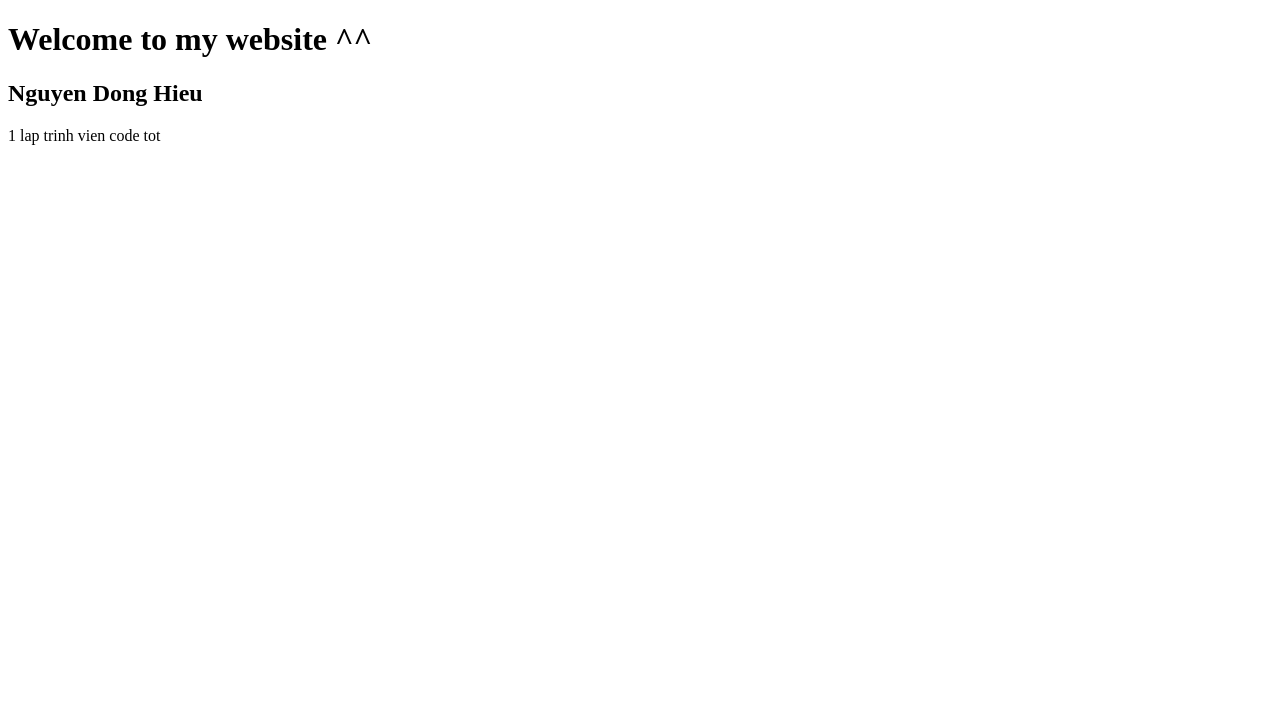
Repository: nguyendonghieu1011-png/project2
Page: index.html
The author's editor kept a copy of each file at every save. The page is drawn from the files as they stood at one save, then again after the next save.
The browser window is 1280 px wide. The pictures show the whole page.

Above is the page before, as saved 2025-11-05 21:54:16.

### index.html
<!DOCTYPE html>
<html lang="en">
  <head>
    <meta charset="UTF-8" />
    <meta name="viewport" content="width=device-width, initial-scale=1.0" />
    <title>Hello</title>
  </head>
  <body>
    <h1>Welcome to my website ^^</h1>

    <h2>Nguyen Dong Hieu</h2>
    <p>1 lap trinh vien code tot</p>
    <img src=""
  </body>
</html>

After the next save:
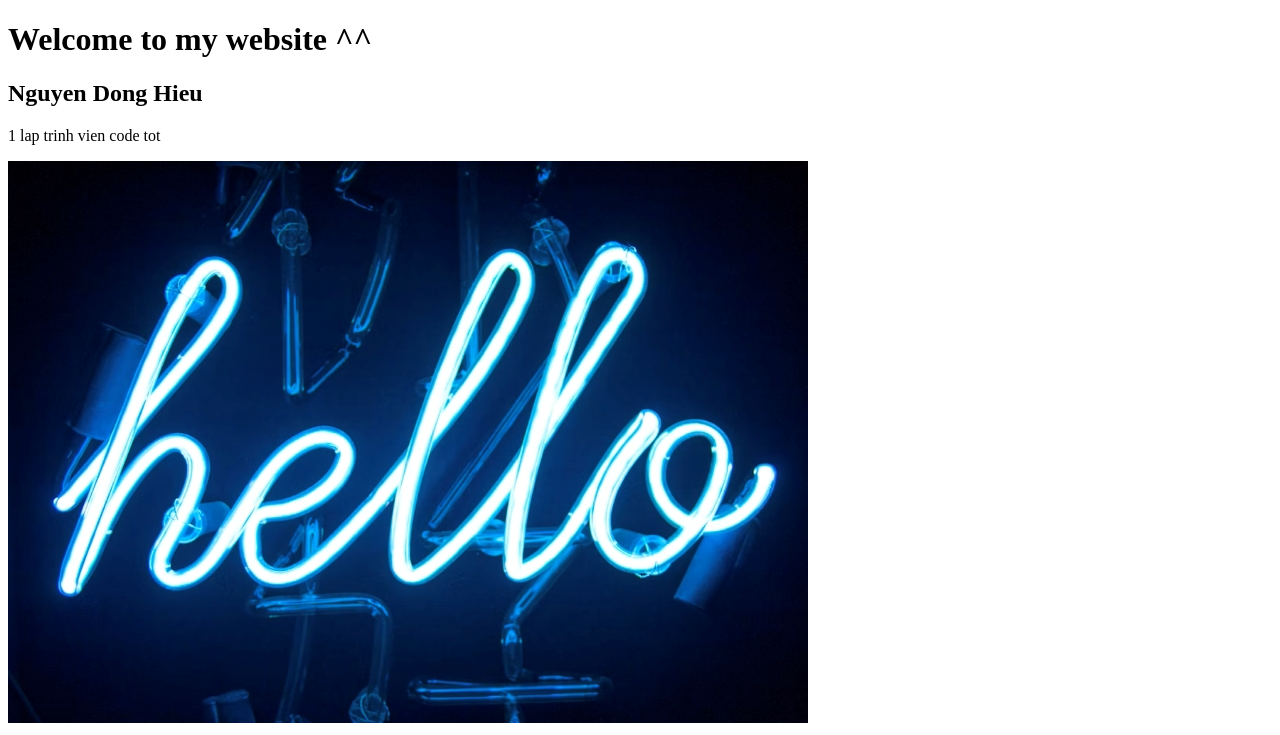
Saved 32 s later.
--- a/index.html
+++ b/index.html
@@ -10,6 +10,6 @@
 
     <h2>Nguyen Dong Hieu</h2>
     <p>1 lap trinh vien code tot</p>
-    <img src=""
+    <img src="img/hello.jpg" />
   </body>
 </html>
